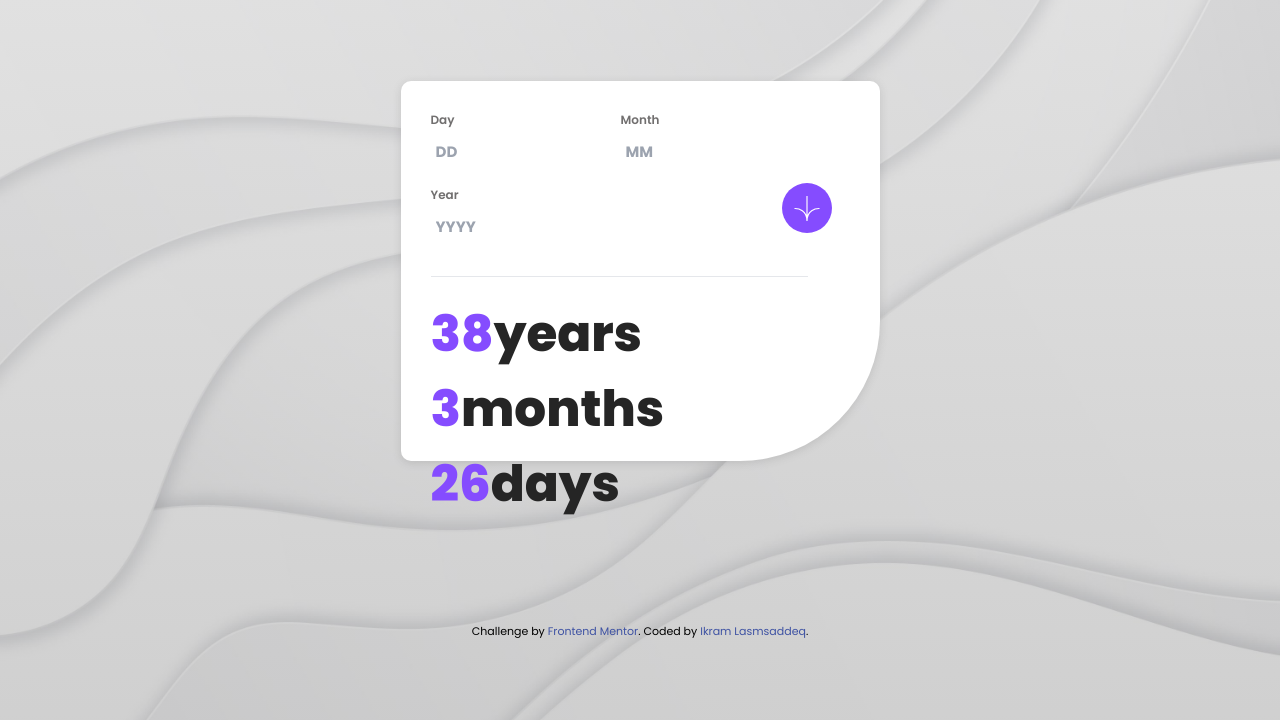
Repository: ikram-lisa/age-display
Page: /
The author's editor kept a copy of each file at every save. The page is drawn from the files as they stood at one save, then again after the next save.
The browser window is 1280 px wide. The pictures show the whole page.
Some web libraries are served in a nearby version. The project was rebuilt for these pictures with package versions that can differ from the ones it lists, and the page was loaded fresh each time.

Above is the page before, as saved 2024-05-01 00:45:38.

After the next save:
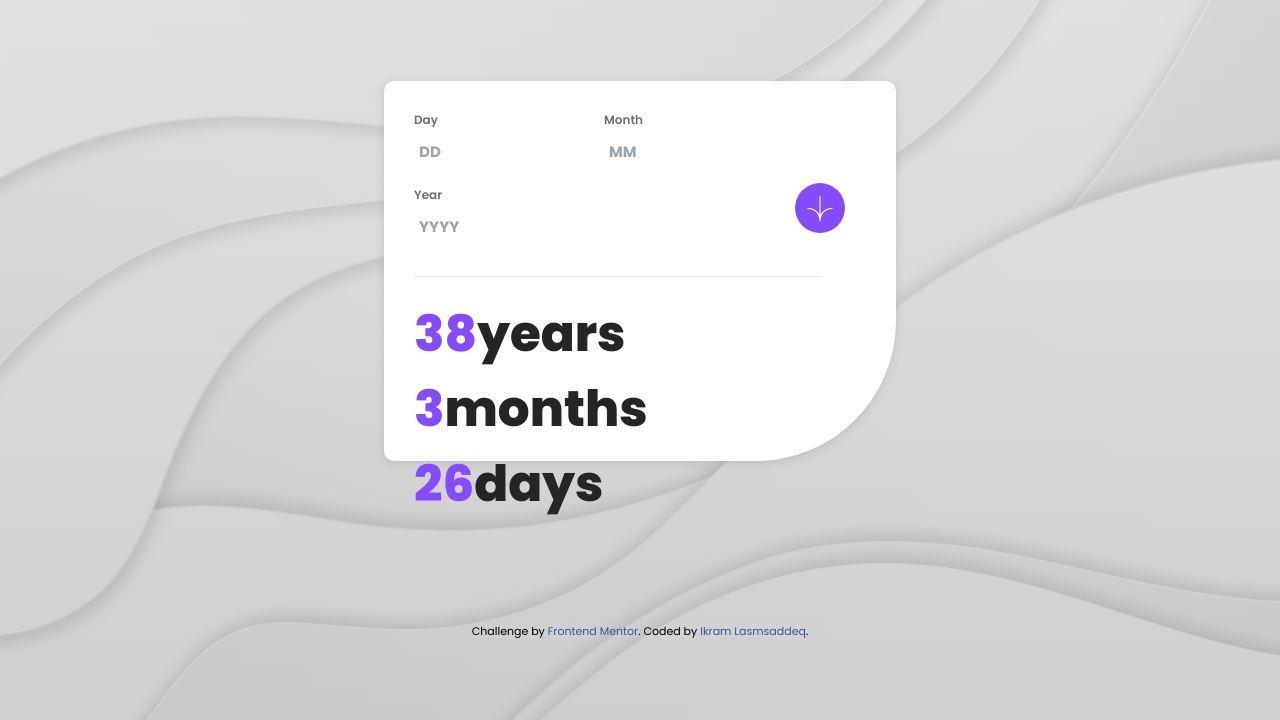
Saved 7 s later.
--- a/css/style.scss
+++ b/css/style.scss
@@ -26,7 +26,7 @@ body {
   place-items: center;
 }
 .calculator {
-  width: 35%;
+  width: 40%;
   min-width: 479px;
   height: 380px;
   background-color: white;
